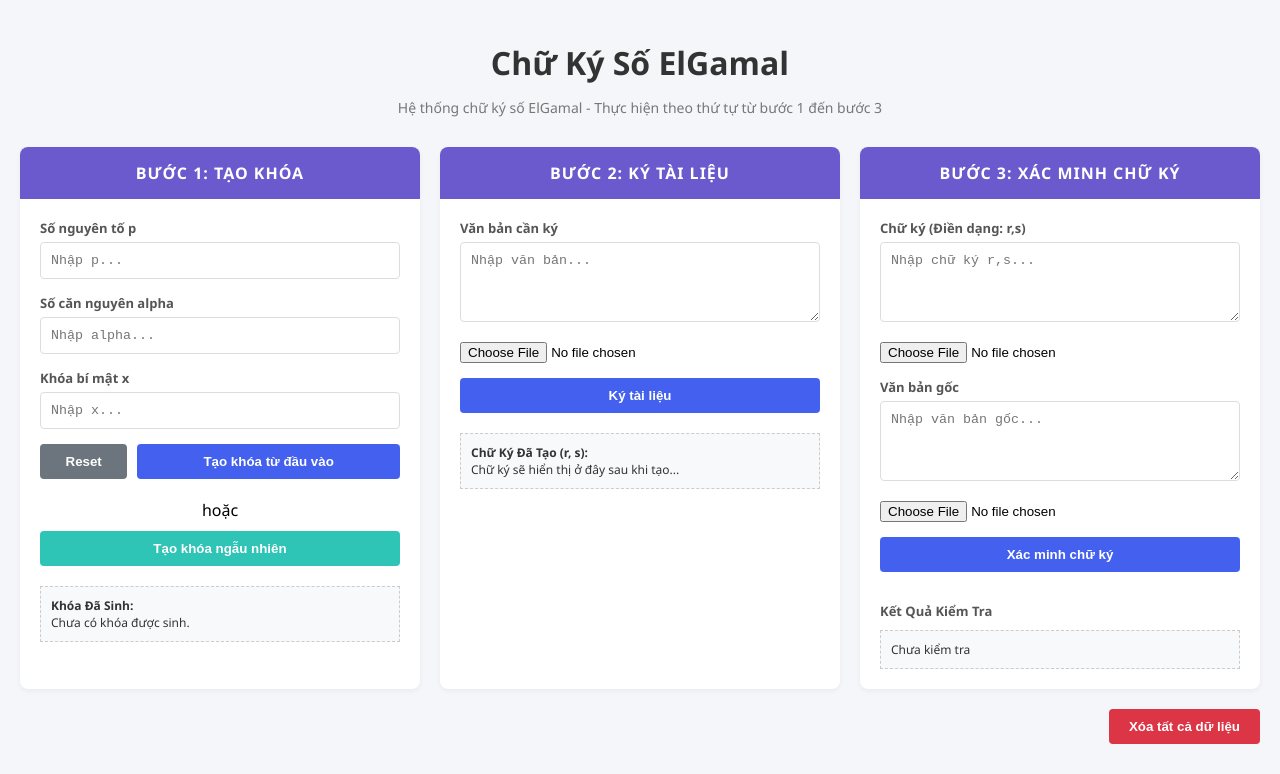
Repository: khanhvu254/ElgamalDigitalSignature
Page: http://localhost/ElgamalDigitalSignature/
An editor plug-in stored every save of this project. The page is shown before and after the next save, followed by the edit.
The browser window is 1280 px wide. The pictures show the whole page.
The page is served by Tomcat 9. Other server files are loaded and not shown. The template is opened directly, without the code that normally fills it, so the values that code supplies are empty.

Above is the page before, as saved 2025-12-09 07:42:06.

### ElgamalDigitalSignature/src/main/webapp/index.jsp
<%@ page language="java" contentType="text/html; charset=UTF-8" pageEncoding="UTF-8"%>
<%@ page import="java.math.BigInteger" %>
<!DOCTYPE html>
<html lang="vi">
<head>
    <meta charset="UTF-8">
    <title>Hệ thống Chữ ký số ElGamal</title>
    <style>
        body { font-family: 'Segoe UI', Tahoma, Geneva, Verdana, sans-serif; background-color: #f4f6f9; margin: 0; padding: 20px; }
        .container { max-width: 1400px; margin: 0 auto; }
        h1 { text-align: center; color: #333; margin-bottom: 5px; }
        .subtitle { text-align: center; color: #777; font-size: 14px; margin-bottom: 30px; }

        /* Layout 3 cột */
        .grid-container { display: grid; grid-template-columns: 1fr 1fr 1fr; gap: 20px; }

        /* Card Styles */
        .card { background: #fff; border-radius: 8px; box-shadow: 0 2px 5px rgba(0,0,0,0.05); overflow: hidden; display: flex; flex-direction: column; }
        .card-header { background: #6f42c1; color: #fff; padding: 15px; text-align: center; font-weight: bold; text-transform: uppercase; letter-spacing: 1px; }
        .card-body { padding: 20px; flex-grow: 1; }

        /* Form Elements */
        label { display: block; margin-bottom: 5px; font-weight: 600; color: #555; font-size: 13px; }
        input[type="text"], textarea { width: 100%; padding: 10px; margin-bottom: 15px; border: 1px solid #ddd; border-radius: 4px; box-sizing: border-box; font-family: monospace; }
        textarea { resize: vertical; min-height: 80px; }

        /* Buttons */
        .btn { border: none; padding: 10px 20px; border-radius: 4px; cursor: pointer; color: #fff; font-weight: bold; width: 100%; margin-bottom: 10px; transition: 0.2s; }
        .btn-primary { background-color: #4361ee; }
        .btn-success { background-color: #2ec4b6; }
        .btn-secondary { background-color: #6c757d; }
        .btn-dark { background-color: #343a40; }
        .btn:hover { opacity: 0.9; }

        .file-upload-wrapper { display: flex; gap: 10px; margin-bottom: 15px; }
        .file-upload-wrapper input[type="file"] { flex-grow: 1; }

        /* Kết quả */
        .result-box { background: #f8f9fa; border: 1px dashed #ccc; padding: 10px; font-size: 12px; color: #333; margin-top: 10px; word-break: break-all; }
        .alert { padding: 10px; border-radius: 4px; margin-bottom: 15px; font-size: 14px; }
        .alert-success { background-color: #d4edda; color: #155724; }
        .alert-danger { background-color: #f8d7da; color: #721c24; }

        /* Footer */
        .footer-actions { margin-top: 20px; text-align: right; }
    </style>
    <script>
        // JS để đọc file text tại client và điền vào textarea
        function readFile(input, targetId) {
            let file = input.files[0];
            let reader = new FileReader();
            reader.onload = function() {
                document.getElementById(targetId).value = reader.result;
            };
            reader.readAsText(file);
        }
    </script>
</head>
<body>

<div class="container">
    <h1>Chữ Ký Số ElGamal</h1>
    <p class="subtitle">Hệ thống chữ ký số ElGamal - Thực hiện theo thứ tự từ bước 1 đến bước 3</p>

    <% if(request.getAttribute("error") != null) { %>
        <div class="alert alert-danger"><%= request.getAttribute("error") %></div>
    <% } %>

    <div class="grid-container">

        <div class="card">
            <div class="card-header" style="background: #6a5acd;">BƯỚC 1: TẠO KHÓA</div>
            <div class="card-body">
                <form action="process" method="post">
                    <input type="hidden" name="action" value="generateKeys">

                    <label>Số nguyên tố p</label>
                    <input type="text" name="p" placeholder="Nhập p..." value="${sessionScope.key_p}">

                    <label>Số căn nguyên alpha</label>
                    <input type="text" name="alpha" placeholder="Nhập alpha..." value="${sessionScope.key_alpha}">

                    <label>Khóa bí mật x</label>
                    <input type="text" name="x" placeholder="Nhập x..." value="${sessionScope.key_x}">

                    <div style="display: flex; gap: 10px;">
                        <button type="reset" class="btn btn-secondary" style="width: 30%">Reset</button>
                        <button type="submit" name="genMode" value="input" class="btn btn-primary">Tạo khóa từ đầu vào</button>
                    </div>
                    <div style="text-align: center; margin: 10px 0;">hoặc</div>
                    <button type="submit" name="genMode" value="random" class="btn btn-success">Tạo khóa ngẫu nhiên</button>
                </form>

                <div class="result-box">
                    <strong>Khóa Đã Sinh:</strong><br>
                    <% if(session.getAttribute("key_y") != null) { %>
                        <span style="color: green">Đã có khóa!</span><br>
                        Public Key (y): ${sessionScope.key_y}<br>
                    <% } else { %>
                        Chưa có khóa được sinh.
                    <% } %>
                </div>
            </div>
        </div>

        <div class="card">
            <div class="card-header" style="background: #6a5acd;">BƯỚC 2: KÝ TÀI LIỆU</div>
            <div class="card-body">
                <form action="process" method="post">
                    <input type="hidden" name="action" value="sign">

                    <label>Văn bản cần ký</label>
                    <textarea name="docContent" id="docContent" placeholder="Nhập văn bản...">${param.docContent}</textarea>

                    <div class="file-upload-wrapper">
                        <input type="file" onchange="readFile(this, 'docContent')">
                    </div>

                    <button type="submit" class="btn btn-primary">Ký tài liệu</button>
                </form>

                <div class="result-box">
                    <strong>Chữ Ký Đã Tạo (r, s):</strong><br>
                    <% if(request.getAttribute("sign_r") != null) { %>
                        r: <%= request.getAttribute("sign_r") %><br>
                        s: <%= request.getAttribute("sign_s") %>
                    <% } else { %>
                        Chữ ký sẽ hiển thị ở đây sau khi tạo...
                    <% } %>
                </div>
            </div>
        </div>

        <div class="card">
            <div class="card-header" style="background: #6a5acd;">BƯỚC 3: XÁC MINH CHỮ KÝ</div>
            <div class="card-body">
                <form action="process" method="post">
                    <input type="hidden" name="action" value="verify">

                    <label>Chữ ký (Điền dạng: r,s)</label>
                    <textarea name="sigVerifyR" id="sigVerify" placeholder="Nhập chữ ký r,s..."><% if(request.getAttribute("sign_r")!=null){ %><%=request.getAttribute("sign_r")%>,<%=request.getAttribute("sign_s")%><% } %></textarea>
                    <div class="file-upload-wrapper"><input type="file" onchange="readFile(this, 'sigVerify')"></div>

                    <label>Văn bản gốc</label>
                    <textarea name="docVerify" id="docVerify" placeholder="Nhập văn bản gốc...">${requestScope.last_signed_doc}</textarea>
                     <div class="file-upload-wrapper"><input type="file" onchange="readFile(this, 'docVerify')"></div>

                    <button type="submit" class="btn btn-primary">Xác minh chữ ký</button>
                </form>

                <div style="margin-top: 20px;">
                    <label>Kết Quả Kiểm Tra</label>
                    <% if(request.getAttribute("verify_checked") != null) {
                        boolean isValid = (Boolean)request.getAttribute("verify_result");
                    %>
                        <div class="alert <%= isValid ? "alert-success" : "alert-danger" %>" style="text-align: center; font-weight: bold;">
                            <%= isValid ? "CHỮ KÝ HỢP LỆ" : "CHỮ KÝ KHÔNG HỢP LỆ / ĐÃ BỊ SỬA ĐỔI" %>
                        </div>
                    <% } else { %>
                        <div class="result-box">Chưa kiểm tra</div>
                    <% } %>
                </div>
            </div>
        </div>

    </div>

    <div class="footer-actions">
        <form action="process" method="post">
            <input type="hidden" name="action" value="reset">
            <button type="submit" class="btn btn-danger" style="background: #dc3545; width: auto;">Xóa tất cả dữ liệu</button>
        </form>
    </div>
</div>

</body>
</html>

### ElgamalDigitalSignature/src/main/webapp/css/style.css
@charset "UTF-8";

body {
    font-family: 'Segoe UI', Tahoma, Geneva, Verdana, sans-serif;
    background-color: #f4f6f9; /* Màu nền xám xanh nhạt */
    margin: 0;
    padding: 20px;
}

.container {
    max-width: 1400px;
    margin: 0 auto;
}

/* Header tiêu đề to */
h1 {
    text-align: center;
    color: #333;
    margin-bottom: 5px;
}

.subtitle {
    text-align: center;
    color: #777;
    font-size: 14px;
    margin-bottom: 30px;
}

/* Layout chia 3 cột */
.grid-container {
    display: grid;
    grid-template-columns: 1fr 1fr 1fr; /* Chia đều 3 phần */
    gap: 20px; /* Khoảng cách giữa các cột */
}

/* Nếu màn hình nhỏ (mobile) thì chuyển thành 1 cột */
@media (max-width: 900px) {
    .grid-container {
        grid-template-columns: 1fr;
    }
}

/* Khung từng bước (Card) */
.card {
    background: #fff;
    border-radius: 8px;
    box-shadow: 0 2px 5px rgba(0,0,0,0.05);
    overflow: hidden;
    display: flex;
    flex-direction: column;
    border: 1px solid #e0e0e0;
}

/* Tiêu đề tím của từng bước */
.card-header {
    background: #6a5acd; /* Màu tím đậm giống ảnh mẫu */
    color: #fff;
    padding: 15px;
    text-align: center;
    font-weight: bold;
    text-transform: uppercase;
    letter-spacing: 1px;
}

.card-body {
    padding: 20px;
    flex-grow: 1;
}

/* Các ô nhập liệu */
label {
    display: block;
    margin-bottom: 5px;
    font-weight: 600;
    color: #555;
    font-size: 13px;
}

input[type="text"], textarea {
    width: 100%;
    padding: 10px;
    margin-bottom: 15px;
    border: 1px solid #ddd;
    border-radius: 4px;
    box-sizing: border-box;
    font-family: monospace; /* Font chữ máy tính cho dễ nhìn khóa */
}

textarea {
    resize: vertical;
    min-height: 80px;
}

/* Nút bấm (Buttons) */
.btn {
    border: none;
    padding: 10px 20px;
    border-radius: 4px;
    cursor: pointer;
    color: #fff;
    font-weight: bold;
    width: 100%;
    margin-bottom: 10px;
    transition: 0.2s;
    font-size: 14px;
}

.btn:hover {
    opacity: 0.9;
}

/* Màu từng loại nút */
.btn-primary { background-color: #4361ee; } /* Xanh dương */
.btn-success { background-color: #2ec4b6; } /* Xanh ngọc */
.btn-secondary { background-color: #6c757d; } /* Xám */
.btn-danger { background-color: #dc3545; } /* Đỏ */

/* Phần upload file */
.file-upload-wrapper {
    display: flex;
    gap: 10px;
    margin-bottom: 15px;
    font-size: 12px;
}

/* Khung hiển thị kết quả */
.result-box {
    background: #f8f9fa;
    border: 1px dashed #ccc;
    padding: 10px;
    font-size: 12px;
    color: #333;
    margin-top: 10px;
    word-break: break-all; /* Tự xuống dòng nếu khóa quá dài */
}

/* Thông báo lỗi/thành công */
.alert {
    padding: 10px;
    border-radius: 4px;
    margin-bottom: 15px;
    font-size: 14px;
}
.alert-success { background-color: #d4edda; color: #155724; border: 1px solid #c3e6cb;}
.alert-danger { background-color: #f8d7da; color: #721c24; border: 1px solid #f5c6cb;}

/* Footer bên dưới */
.footer-actions {
    margin-top: 20px;
    text-align: right;
}

After the next save:
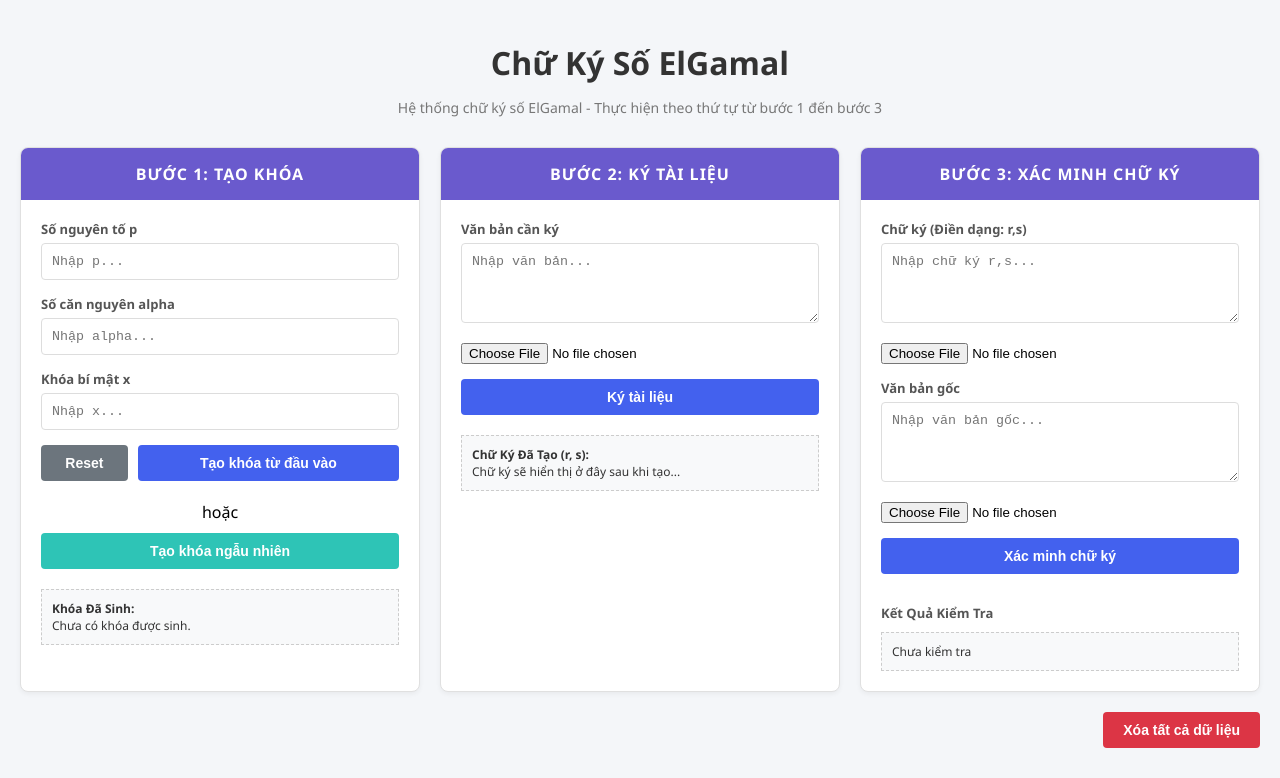
Saved 2 min 16 s later.
--- a/ElgamalDigitalSignature/src/main/webapp/index.jsp
+++ b/ElgamalDigitalSignature/src/main/webapp/index.jsp
@@ -5,45 +5,9 @@
 <head>
     <meta charset="UTF-8">
     <title>Hệ thống Chữ ký số ElGamal</title>
-    <style>
-        body { font-family: 'Segoe UI', Tahoma, Geneva, Verdana, sans-serif; background-color: #f4f6f9; margin: 0; padding: 20px; }
-        .container { max-width: 1400px; margin: 0 auto; }
-        h1 { text-align: center; color: #333; margin-bottom: 5px; }
-        .subtitle { text-align: center; color: #777; font-size: 14px; margin-bottom: 30px; }
 
-        /* Layout 3 cột */
-        .grid-container { display: grid; grid-template-columns: 1fr 1fr 1fr; gap: 20px; }
+    <link rel="stylesheet" href="css/style.css">
 
-        /* Card Styles */
-        .card { background: #fff; border-radius: 8px; box-shadow: 0 2px 5px rgba(0,0,0,0.05); overflow: hidden; display: flex; flex-direction: column; }
-        .card-header { background: #6f42c1; color: #fff; padding: 15px; text-align: center; font-weight: bold; text-transform: uppercase; letter-spacing: 1px; }
-        .card-body { padding: 20px; flex-grow: 1; }
-
-        /* Form Elements */
-        label { display: block; margin-bottom: 5px; font-weight: 600; color: #555; font-size: 13px; }
-        input[type="text"], textarea { width: 100%; padding: 10px; margin-bottom: 15px; border: 1px solid #ddd; border-radius: 4px; box-sizing: border-box; font-family: monospace; }
-        textarea { resize: vertical; min-height: 80px; }
-
-        /* Buttons */
-        .btn { border: none; padding: 10px 20px; border-radius: 4px; cursor: pointer; color: #fff; font-weight: bold; width: 100%; margin-bottom: 10px; transition: 0.2s; }
-        .btn-primary { background-color: #4361ee; }
-        .btn-success { background-color: #2ec4b6; }
-        .btn-secondary { background-color: #6c757d; }
-        .btn-dark { background-color: #343a40; }
-        .btn:hover { opacity: 0.9; }
-
-        .file-upload-wrapper { display: flex; gap: 10px; margin-bottom: 15px; }
-        .file-upload-wrapper input[type="file"] { flex-grow: 1; }
-
-        /* Kết quả */
-        .result-box { background: #f8f9fa; border: 1px dashed #ccc; padding: 10px; font-size: 12px; color: #333; margin-top: 10px; word-break: break-all; }
-        .alert { padding: 10px; border-radius: 4px; margin-bottom: 15px; font-size: 14px; }
-        .alert-success { background-color: #d4edda; color: #155724; }
-        .alert-danger { background-color: #f8d7da; color: #721c24; }
-
-        /* Footer */
-        .footer-actions { margin-top: 20px; text-align: right; }
-    </style>
     <script>
         // JS để đọc file text tại client và điền vào textarea
         function readFile(input, targetId) {
@@ -139,11 +103,13 @@
 
                     <label>Chữ ký (Điền dạng: r,s)</label>
                     <textarea name="sigVerifyR" id="sigVerify" placeholder="Nhập chữ ký r,s..."><% if(request.getAttribute("sign_r")!=null){ %><%=request.getAttribute("sign_r")%>,<%=request.getAttribute("sign_s")%><% } %></textarea>
+
                     <div class="file-upload-wrapper"><input type="file" onchange="readFile(this, 'sigVerify')"></div>
 
                     <label>Văn bản gốc</label>
                     <textarea name="docVerify" id="docVerify" placeholder="Nhập văn bản gốc...">${requestScope.last_signed_doc}</textarea>
-                     <div class="file-upload-wrapper"><input type="file" onchange="readFile(this, 'docVerify')"></div>
+
+                    <div class="file-upload-wrapper"><input type="file" onchange="readFile(this, 'docVerify')"></div>
 
                     <button type="submit" class="btn btn-primary">Xác minh chữ ký</button>
                 </form>
